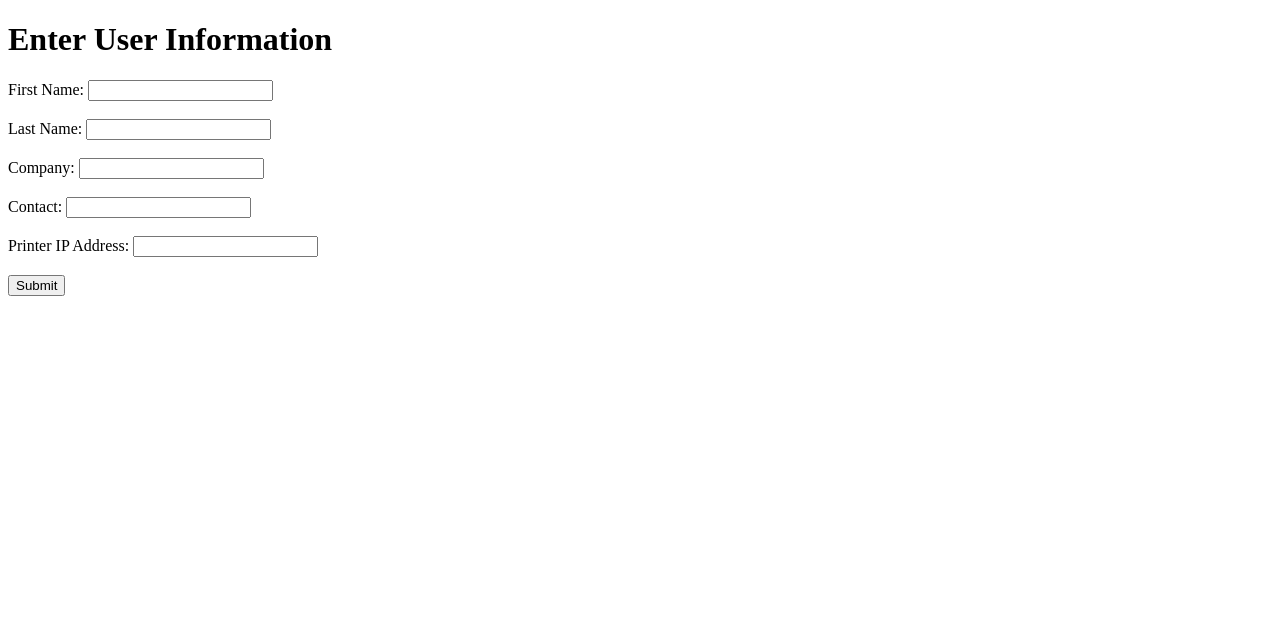
Repository: koenig39/brather
Page: templates/form.html
These files come from the project's save history. The page is drawn as it stood at one moment and after the next save; the edit follows.
The browser window is 1280 px wide. The pictures show the whole page.

Above is the page before, as saved 2024-10-24 17:12:11.

After the next save:
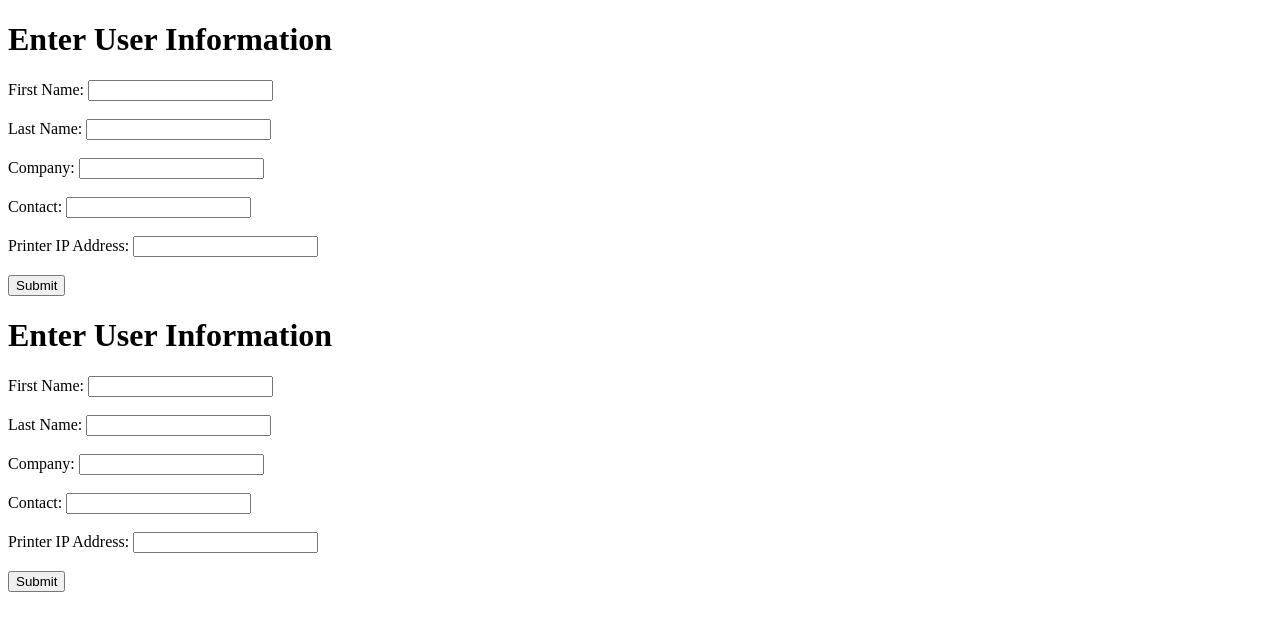
Saved 32 s later.
--- a/templates/form.html
+++ b/templates/form.html
@@ -27,3 +27,32 @@
     </form>
 </body>
 </html>
+<!DOCTYPE html>
+<html lang="en">
+<head>
+    <meta charset="UTF-8">
+    <meta name="viewport" content="width=device-width, initial-scale=1.0">
+    <title>User Information Form</title>
+</head>
+<body>
+    <h1>Enter User Information</h1>
+    <form action="/submit" method="POST">
+        <label for="fname">First Name:</label>
+        <input type="text" id="fname" name="fname" required><br><br>
+
+        <label for="lname">Last Name:</label>
+        <input type="text" id="lname" name="lname" required><br><br>
+
+        <label for="company">Company:</label>
+        <input type="text" id="company" name="company" required><br><br>
+
+        <label for="contact">Contact:</label>
+        <input type="text" id="contact" name="contact" required><br><br>
+
+        <label for="printer_ip">Printer IP Address:</label>
+        <input type="text" id="printer_ip" name="printer_ip" required><br><br>
+
+        <button type="submit">Submit</button>
+    </form>
+</body>
+</html>
